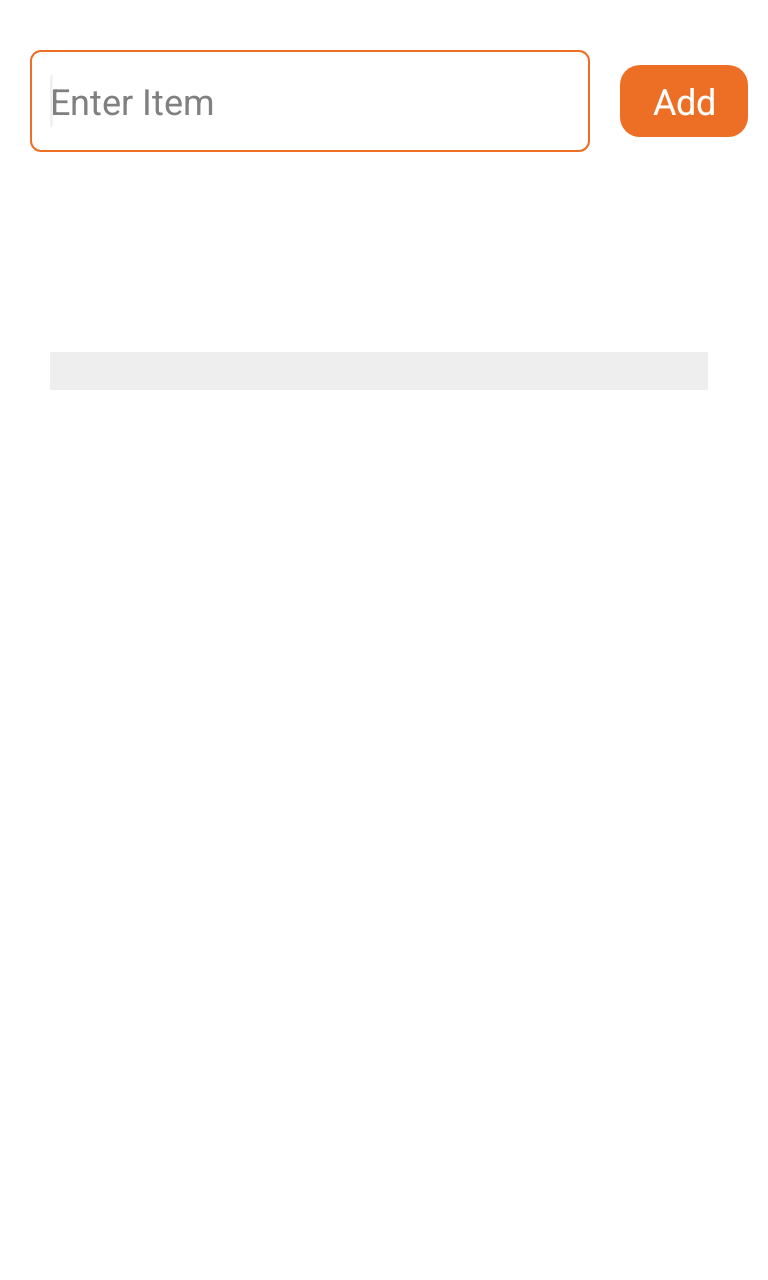
Repository: ianDervan/FYP_ShopSmart
Layout: FYP/ShopSmart/res/layout/activity_shopping_list.xml
An editor plug-in stored every save of this project. The layout is shown before and after the next save, followed by the edit.
It is drawn on a 768 x 1280 px phone screen (xhdpi) without system bars, with theme AppTheme; the app's code is not run.

Above is the layout before, as saved 2015-01-16 20:36:06.

### FYP/ShopSmart/res/layout/activity_shopping_list.xml
<?xml version="1.0" encoding="utf-8"?>
<LinearLayout xmlns:android="http://schemas.android.com/apk/res/android"
     android:layout_width="match_parent"
     android:layout_height="match_parent"
     android:orientation="vertical"
     android:padding="10dip" >

    <LinearLayout
        android:layout_width="fill_parent"
        android:layout_height="wrap_content"
        android:orientation="horizontal" >

        <AutoCompleteTextView
            android:id="@+id/autocomplete_country"
            android:layout_width="213dp"
            android:layout_height="51dp"
            android:layout_marginLeft="5dp"
            android:layout_marginTop="15dp"
            android:layout_weight="1"
            android:background="@drawable/customeditext"
            android:dropDownWidth="340dp"
            android:hint="Enter Item"
            android:paddingLeft="10dp" >

            <requestFocus />
        </AutoCompleteTextView>

        <Button
            android:id="@+id/btn_2"
            android:layout_width="wrap_content"
            android:layout_height="36dp"
            android:layout_marginLeft="15dp"
            android:layout_marginTop="15dp"
            android:background="@drawable/custombutton_lr"
            android:text="Add"
            android:textColor="#FFFFFF" />
    </LinearLayout>

     <LinearLayout
         android:layout_width="fill_parent"
         android:layout_height="wrap_content"
         android:layout_marginTop="50dp"
         android:orientation="vertical" >


         <ScrollView
             android:id="@+id/ScrollView01"
             android:layout_width="match_parent"
             android:layout_height="0dp"
             android:layout_weight="1.20"
             android:layout_marginTop="50dp" >

             <TextView
                 android:id="@+id/txtMsg"
                 android:layout_width="match_parent"
                 android:layout_height="wrap_content"
                 android:layout_marginLeft="15dp"
                 android:layout_marginRight="20dp"
                 android:background="#ffeeeeee" />
         </ScrollView>

     </LinearLayout>
 </LinearLayout>

### FYP/ShopSmart/res/drawable/customeditext.xml
<?xml version="1.0" encoding="utf-8"?>

<shape xmlns:android="http://schemas.android.com/apk/res/android"
	android:shape="rectangle" android:padding="10dp">
	<solid android:color="#FFFFFF" />
	<corners
	    android:bottomRightRadius="5dp"
		android:bottomLeftRadius="5dp"
		android:topLeftRadius="5dp"
		android:topRightRadius="5dp" />
	<stroke android:width="1dip" android:color="#ED6F26"/>

</shape>

### FYP/ShopSmart/res/drawable/custombutton_lr.xml
<?xml version="1.0" encoding="utf-8"?>

<shape xmlns:android="http://schemas.android.com/apk/res/android"
     android:shape="rectangle">
     <solid android:color="#ED6F26"/>
     <corners android:bottomLeftRadius="10dp"
         android:bottomRightRadius="10dp"
         android:topLeftRadius="10dp"
         android:topRightRadius="10dp"/>
 </shape>

Loaded but not shown: FYP/ShopSmart/res/values/styles.xml (common file); FYP/ShopSmart/res/values-v11/styles.xml (common file); FYP/ShopSmart/res/values-v14/styles.xml (common file)

After the next save:
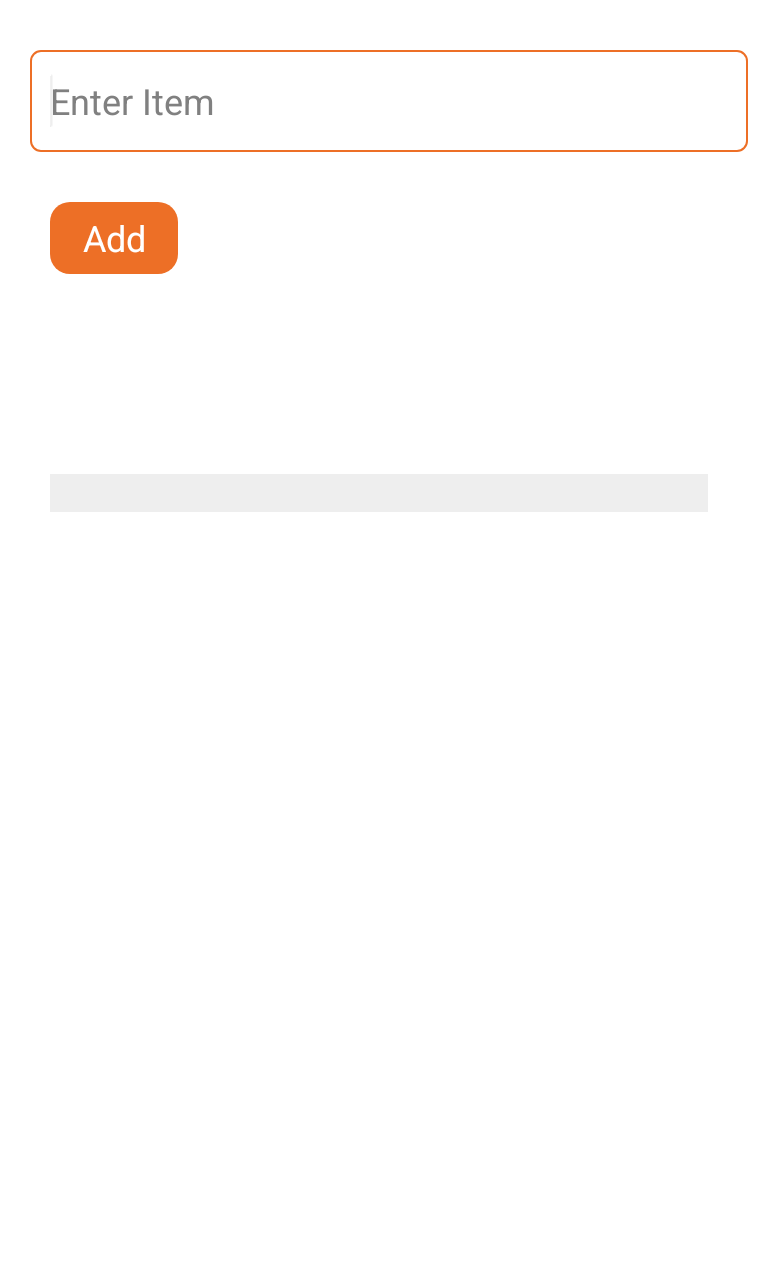
Saved 83 s later.
--- a/FYP/ShopSmart/res/layout/activity_shopping_list.xml
+++ b/FYP/ShopSmart/res/layout/activity_shopping_list.xml
@@ -24,6 +24,13 @@
 
             <requestFocus />
         </AutoCompleteTextView>
+	</LinearLayout>
+
+    <LinearLayout
+        android:layout_width="fill_parent"
+        android:layout_height="wrap_content"
+        android:orientation="horizontal"
+        android:layout_marginTop="10dp">
 
         <Button
             android:id="@+id/btn_2"
